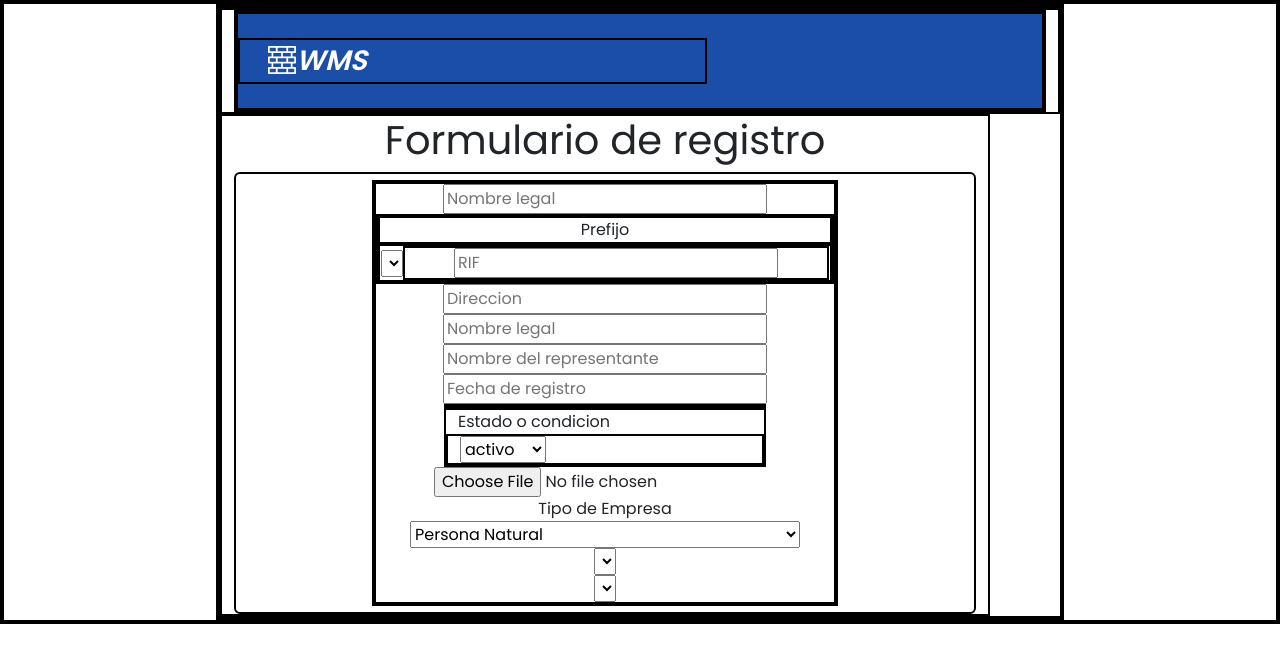
Repository: Rafa-x64/Gestion_inventario_practica
Page: http://localhost/Gestion_inventario/index.php?page=registro-empresa
An editor plug-in stored every save of this project. The page is shown before and after a run of saves, followed by the edit.
The browser window is 1280 px wide. The pictures show the whole page.
The page is run by PHP 8.4 with error messages shown; the project is at /var/www/html/.

Above is the page before, as saved 2025-07-23 17:05:50.

After the next 4 saves:
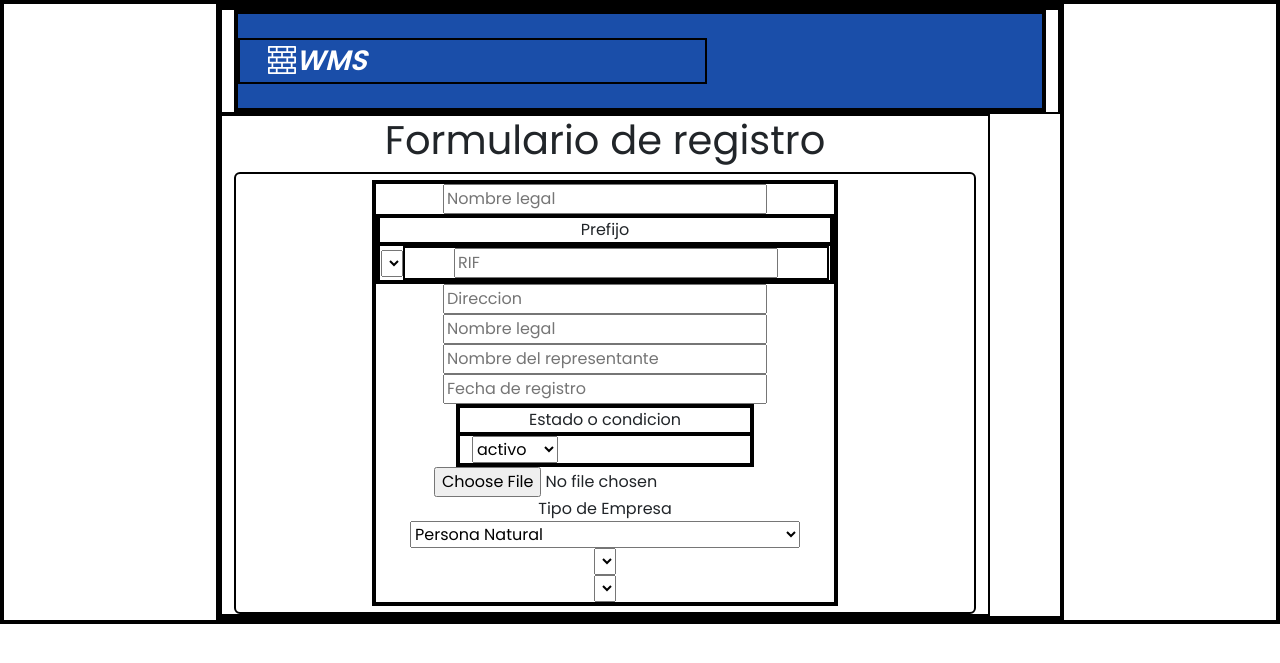
The 4 saves are shown as one change because they came seconds apart.
The last was saved 15 s later.
--- a/view/php/registro-empresa-view.php
+++ b/view/php/registro-empresa-view.php
@@ -51,8 +51,9 @@
                                 <input:mail id="correo" placeholder="Correo electronico"></input:mail>
                                 <input type="text" name="" id="nombre_representante" placeholder="Nombre del representante"><input type="text" name="" id="fecha_registro" placeholder="Fecha de registro">
                                 <div class="row">
-                                    <div class="col-12"></div>
-                                    <label for="estado_condicion">Estado o condicion</label>
+                                    <div class="col-12 text-center">
+                                        <label for="estado_condicion">Estado o condicion</label>
+                                    </div>
                                     <div class="col-12">
                                         <select name="estado_condicion" id="estado_condicion">
                                             <option value="activo">activo</option>
